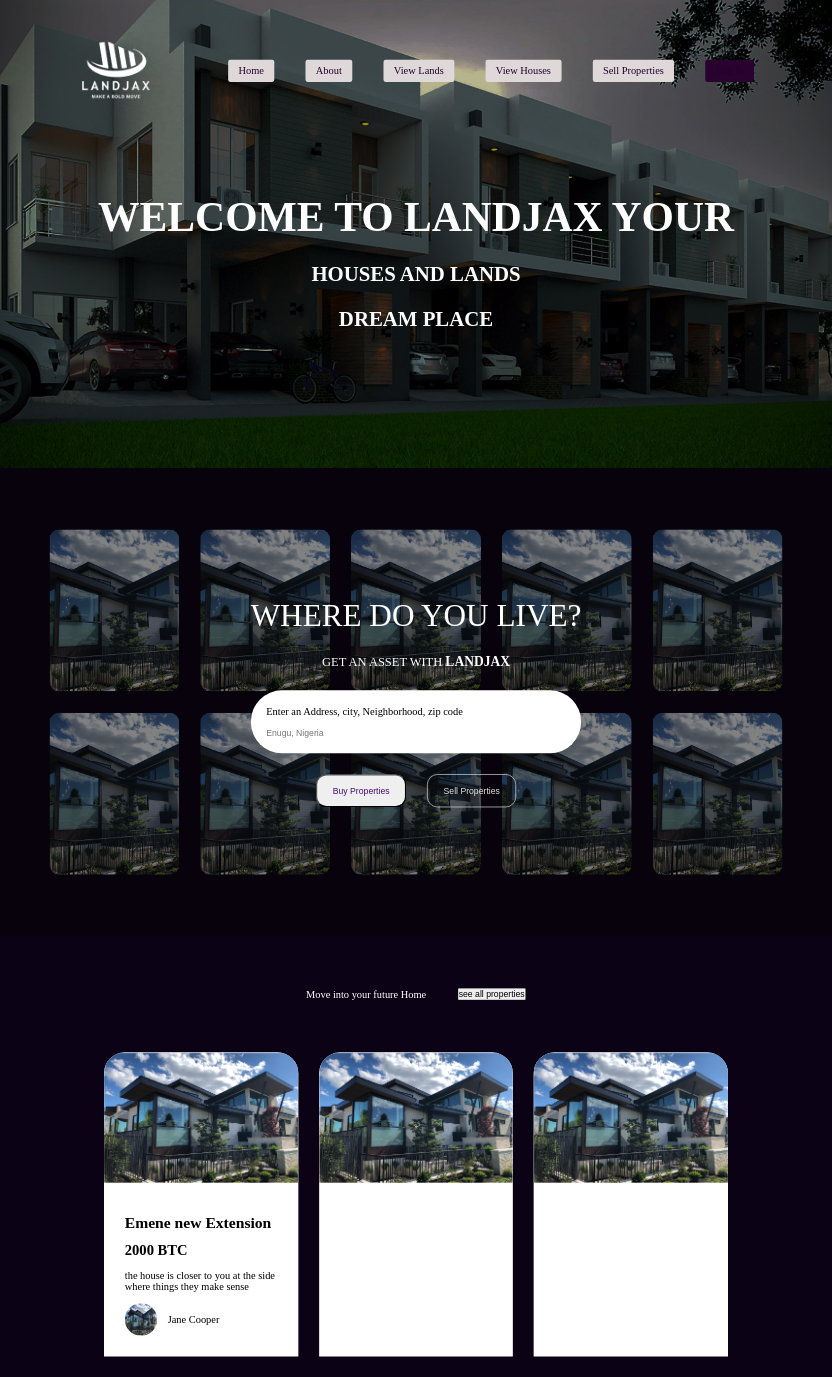
Repository: NorVirae/landjax-frontend
Page: /
An editor plug-in stored every save of this project. The page is shown before and after the next save, followed by the edit.
The browser window is 1280 px wide. The pictures show the whole page, at 65% of full size.
The project was rebuilt for these pictures with package versions that can differ from the ones it lists, and the page was loaded fresh each time. The framework's server and built-in components were replaced by stand-ins that run in the browser. Also part of the build but not shown: next.config.js.

Above is the page before, as saved 2022-07-03 06:45:20.

### pages/_app.tsx
import '../src/styles/Landing.css'
import '../src/styles/Global.css'


import type { AppProps } from 'next/app'

function MyApp({ Component, pageProps }: AppProps) {
  return <Component {...pageProps} />
}

export default MyApp

### pages/index.tsx
import type { NextPage } from 'next'
import Head from 'next/head'
import Image from 'next/image'
import Navbar from '../src/components/Navbar'
import HouseImg from '../src/assets/24.png'

const Home = () => {
  return (
    <div>
      <Head>
        <title>Land Jax</title>
        <meta name="description" content="Generated by create next app" />
        <link rel="icon" href="/favicon.ico" />
      </Head>


      <main>
        <section className='carousel__container'>
          <Navbar />

          <div className='carousel__welcome-screen'>
            <h2 className='carousel__welcome-text'>WELCOME TO LANDJAX YOUR</h2>
            <h3 className='carousel__house-lands'>HOUSES AND LANDS</h3>
            <h4 className='carousel__dream-place'>DREAM PLACE</h4>

          </div>

        </section>

        <section className='house__preview'>

          <div className='house__preview-overlay'>

          </div>

          <div className='house__preview-inner'>
            <Image src={HouseImg} height={"250rem"} objectFit={"cover"} width="200rem" className='house__image-preview'/>
            <Image src={HouseImg} height={"250rem"} objectFit={"cover"} width="200rem" className='house__image-preview'/>
            <Image src={HouseImg} height={"250rem"} objectFit={"cover"} width="200rem" className='house__image-preview'/>
            <Image src={HouseImg} height={"250rem"} objectFit={"cover"} width="200rem" className='house__image-preview'/>
            <Image src={HouseImg} height={"250rem"} objectFit={"cover"} width="200rem" className='house__image-preview'/>
            <Image src={HouseImg} height={"250rem"} objectFit={"cover"} width="200rem" className='house__image-preview'/>
            <Image src={HouseImg} height={"250rem"} objectFit={"cover"} width="200rem" className='house__image-preview'/>
            <Image src={HouseImg} height={"250rem"} objectFit={"cover"} width="200rem" className='house__image-preview'/>
            <Image src={HouseImg} height={"250rem"} objectFit={"cover"} width="200rem" className='house__image-preview'/>
            <Image src={HouseImg} height={"250rem"} objectFit={"cover"} width="200rem" className='house__image-preview'/>

          </div>

          <section className='house__intro'>
            <p className='house__live'> WHERE DO YOU LIVE?</p>
            <p className='house__asset'> GET AN ASSET WITH <span className='house__land-annouce'>LANDJAX</span></p>

            <div className='house__form-group'>
              <label className='house__form-label'>Enter an Address, city, Neighborhood, zip code</label>
              <input className="house__form-control" placeholder='Enugu, Nigeria' />
            </div>
            <div className='house__btn-ecom-container'>
              <button className='house__btn-buy-prop'>Buy Properties</button>
              <button className='house__btn-sell-prop'>Sell Properties</button>
            </div>


          </section>

        </section>

        <section className='future__container'>
          <div className='future__header'>
            <p>Move into your future Home</p>
            <button>
              see all properties
            </button>
          </div>

          <div className='future__houses-card-container'>
            <section className='future__house-card'>
              <Image src={HouseImg} className='future__card-img'/>
              <div className='future__card-body'>
                <span></span>
                <h3 className='future__card-title'>
                  Emene new Extension
                </h3>
                <span className='future__card-price'>
                  2000 BTC
                </span>

                <p className='future__card-desc'>
                  the house is closer to you at the side where things they make sense
                </p>

                <div className='future__profile-container'>
                  <Image src={HouseImg} height="50rem" width={"50rem"} className="future__profile-img" />
                  Jane Cooper
                </div>
              </div>
            </section>

            <section className='future__house-card'>
              <Image src={HouseImg} className='future__card-img'/>
            </section>

            <section className='future__house-card'>
              <Image src={HouseImg} className='future__card-img'/>
            </section>
          </div>
        </section>

      </main>

      <footer>

      </footer>
    </div>
  )
}

export default Home

### src/styles/Landing.css
.carousel__container{
    background-repeat: no-repeat;
    background-image: url('../assets/1.png');
    background-size: cover;
    height: 100vh;
    width: 100vw;
}
.navbar{
    display: flex;
    justify-content: space-around;
    padding: 4rem;
    align-items: center;
}


.navbar .nav {
    display: flex;
    text-decoration: none;
    list-style: none;
    gap: 3rem;
}

.navbar .nav a{

}

.navbar__nav-link{
    /* padding: 3rem 2rem; */
    color: #25012C;
}

.navbar__nav-item{
    background-color: #DED8D9;
    color: #25012C;
    padding: .5rem 1rem;
    border-radius: .2rem;

}

.sign-in{
    background-color: #290230;
    color: #DFDDDF!important;

}

.carousel__welcome-screen{
    padding: 5rem 3rem;
    color: white;
    display: flex;
    justify-content: center;
    align-items: center;
    flex-direction: column;
    gap: 2rem;
}


.carousel__welcome-text{
    font-size: 4rem;
}
.carousel__house-lands{
    font-size: 2rem;
}
.carousel__dream-place{
    font-size: 2rem;
}


.house__preview{
    height: 100vh;
    width: 100vw;
    display: flex;
    justify-content: center;
    align-items: center;
    display: flex;
    flex-direction: column;
    background-color: #0D0316;
    position: relative;

}

.house__preview-inner{
    display: grid;
    gap: 2rem;
    grid-template-columns: repeat(5, 1fr);

}

.house__preview-overlay{
    background-color: #0000007e;
    height: 100vh;
    width: 100vw;
    position: absolute;
    left: 0%;
    top: 0%;
    z-index: 2;
}

.house__image-preview{
    border-radius: 1rem;
}

.house__intro {
    display: flex;
    justify-content: center;
    align-items: center;
    flex-direction: column;
    gap: 2rem;
    position: absolute;
    color: white;
    z-index: 3;
}

.house__live{
    font-size: 3rem;
}

.house__asset{
    font-size: 1.2rem;
}

.house__land-annouce{
    font-weight: 900;
    font-size: 1.3rem;
}

.house__form-group{
    background-color: white;
    border: 1rem;
    padding: 1.5rem;
    border-radius: 3rem;
    display: flex;
    flex-direction: column;
    gap: 1rem;
    width: 100%;
}

.house__form-label{
    color: black;
}

.house__form-control{
    border: none;
}

.house__form-control:focus{
    outline: none;
}

.house__btn-ecom-container{
    display: flex;
    gap: 2rem;
}

.house__btn-buy-prop{
    padding: 1rem 1.5rem;
    border-radius: 1rem;
    color: #470C76;

}

.house__btn-sell-prop{
    padding: 1rem 1.5rem;
    border-radius: 1rem;
    color: #E1E2E2;
    background-color: transparent;
    border: .1rem solid #E1E2E2;

}

.future__container{
    width: 100vw;
    background-color: #0C0215;
    padding: 2rem 3rem;

    display: flex;
    justify-content: center;
    align-items: center;
    flex-direction: column;
    gap: 2rem;
}

.future__header{
    color: white;
    display: flex;
    align-items: center;
    gap: 3rem;
    padding: 3rem 7rem;
}


.future__prop-text{
    font-size: 3rem;

}
.future__btn-prop{
    font-size: 1.2rem;
    padding: 1rem 3rem;
    background-color: #2B0549;
    color: white;
    border: none;
}
.future__houses-card-container{
    display: grid;
    grid-template-columns: repeat(3, 1fr);
    gap: 2rem;
    margin: auto 3rem;
    max-width: 60rem;
}

.future__house-card{
    display: flex;
    flex-direction: column;
    color: white;
    border-top-left-radius: 2rem;
    border-top-right-radius: 2rem;
    height: 100%;
    background-color: #ffff;
    position: relative;

}

.future__card-img{
    border-top-left-radius: 2rem;
    border-top-right-radius: 2rem;

}

.future__card-body{
    display: flex;
    flex-direction: column;
    color: #000;
    gap: 1rem;
    padding: 2rem;
}

.future__card-title{
    font-weight: 900;
    font-size: 1.5rem;
}

.future__card-price{
    font-size: 1.4rem;
    font-weight: 900;
}

.future__card-desc{
    font-size: 1rem;
}

.future__profile-container{
    display: flex;
    align-items: center;
    gap: 1rem;

}
.future__profile-img{
    border-radius: 100%;
}

.future__btn-sale{
    background-color: #5E4D7C;
    color: #EBE9EF;
    padding: .3rem 1rem;
    border-radius: .3rem;
    position: absolute;
    border: none;
    font-size: .9rem;
    right: 5%;
    top: 5%;
    z-index: 2;
}

.explore__market-container{
    display: flex;
    gap: 4rem;
    justify-content: space-around;
    background-image: url(../assets//16.png);
}

### src/styles/Global.css
* {
    padding: 0;
    margin: 0;
    box-sizing: border-box;
}

a {
    text-decoration: none;
}

### src/components/Navbar.tsx
import Link from "next/link";
import React from "react";
import Image from "next/image";
import Logo from "../assets/logo.png"

const Navbar:React.FC = ({}) => {

    return (
        <nav className="navbar">
            <Link href="#">
                <Image className="navbar_brand" src={Logo} width="120rem" objectFit="contain" height="90rem" />
            </Link>
            <ul className="nav">
                <li className="navbar__nav-item">
                    <Link href={"/"}>
                        <a className={"navbar__nav-link"}>
                            Home
                        </a>
                    </Link>
                </li>

                <li className="navbar__nav-item">
                    <Link href={"/"}>
                        <a className={"navbar__nav-link"}>
                            About
                        </a>
                    </Link>
                </li>

                <li className="navbar__nav-item">
                    <Link href={"/view/lands"}>
                        <a className={"navbar__nav-link"}>
                            View Lands
                        </a>
                    </Link>
                </li>

                <li className="navbar__nav-item">
                    <Link href={"/view/houses"}>
                        <a className={"navbar__nav-link"}>
                            View Houses
                        </a>
                    </Link>
                </li>

                <li className="navbar__nav-item">
                    <Link href={"/sell/properties"}>
                        <a className={"navbar__nav-link"}>
                            Sell Properties
                        </a>
                    </Link>
                </li>

                <li className="navbar__nav-item sign-in">
                    <Link href={"/login"}>
                        <a className={"navbar__nav-link"}>
                            Log In
                        </a>
                    </Link>
                </li>
            </ul>
        </nav>
    )

}

export default Navbar;

After the next save:
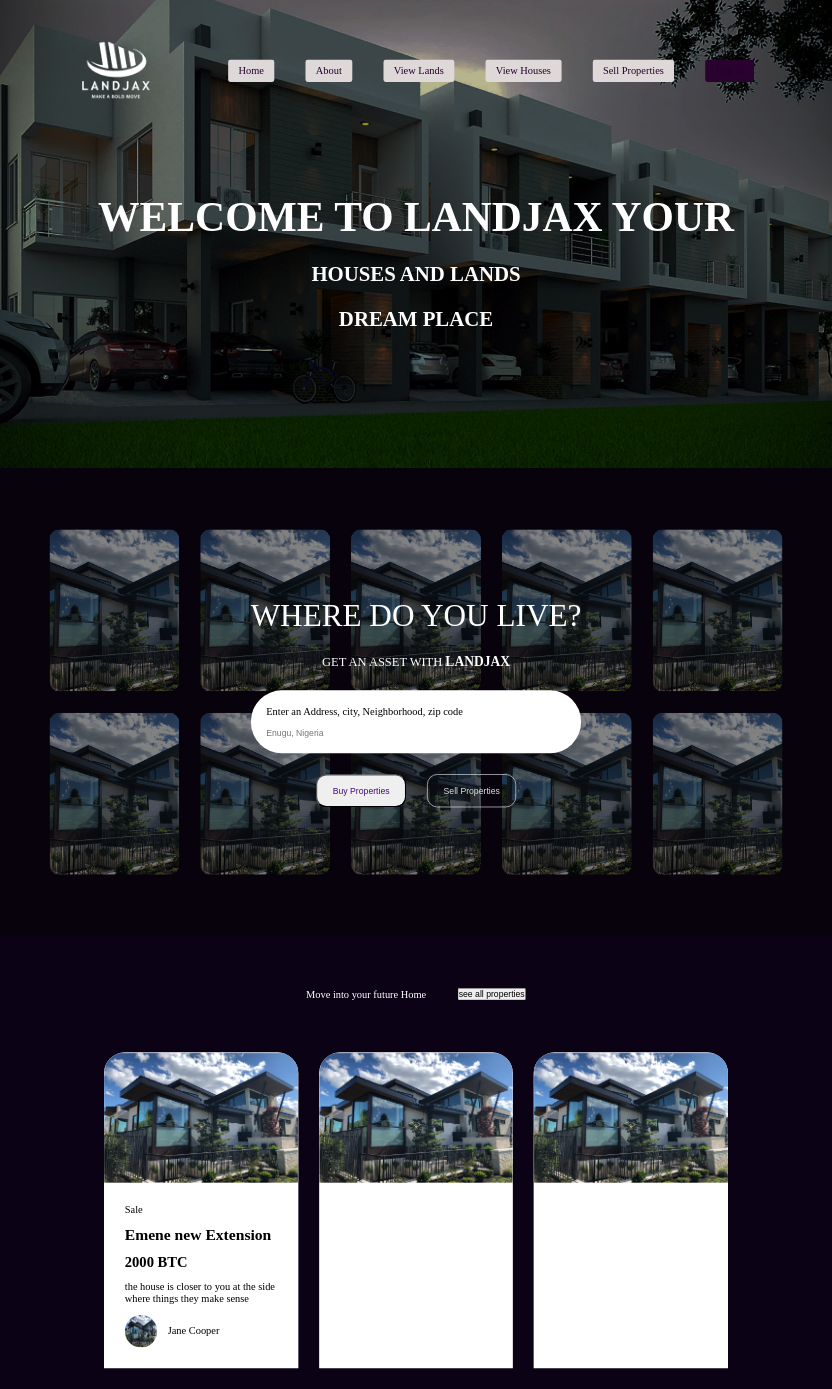
Saved 7 s later.
--- a/pages/index.tsx
+++ b/pages/index.tsx
@@ -77,7 +77,7 @@
             <section className='future__house-card'>
               <Image src={HouseImg} className='future__card-img'/>
               <div className='future__card-body'>
-                <span></span>
+                <span>Sale</span>
                 <h3 className='future__card-title'>
                   Emene new Extension
                 </h3>
